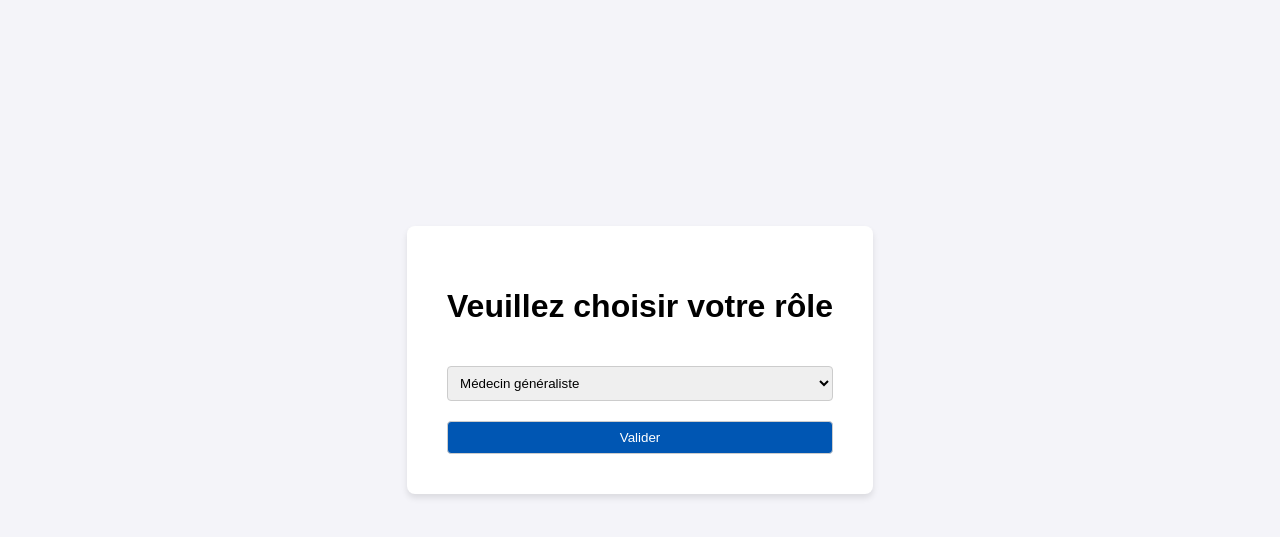
Repository: Yghlis/Wouf
Page: src/role/tableau.html
An editor plug-in stored every save of this project. The page is shown before and after a run of saves, followed by the edit.
The browser window is 1280 px wide. The pictures show the whole page.

Above is the page before, as saved 2024-04-25 15:13:50.

After the next 2 saves:
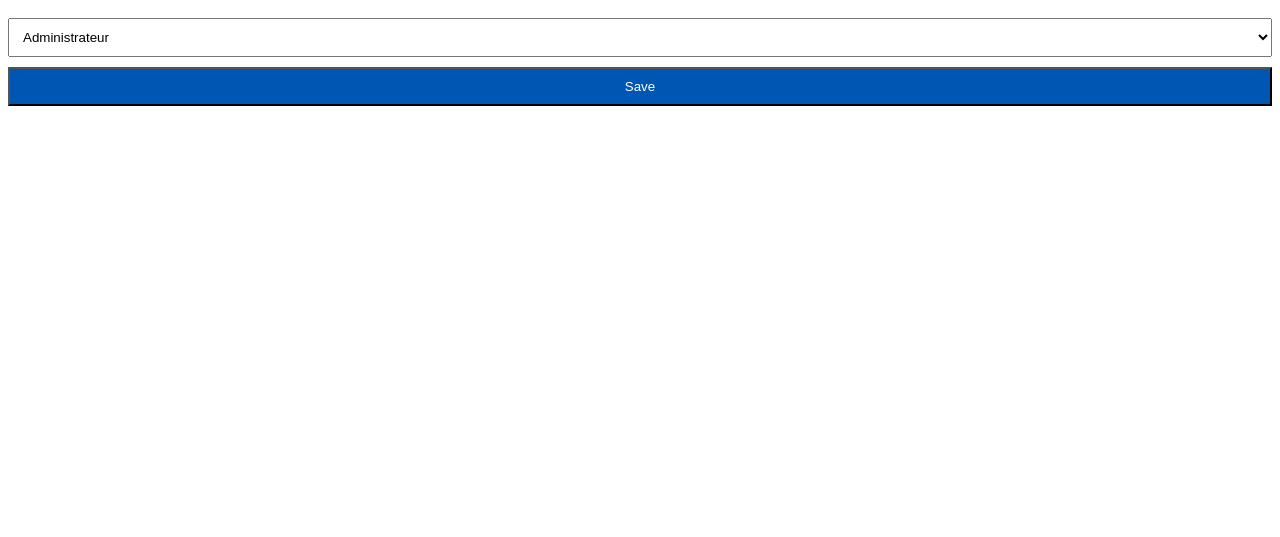
The 2 saves are shown as one change because they came seconds apart.
The last was saved 7 s later.
--- a/src/role/tableau.html
+++ b/src/role/tableau.html
@@ -1,30 +1,14 @@
 <!DOCTYPE html>
-<html lang="fr">
+<html lang="en">
 <head>
-    <meta charset="UTF-8">
-    <title>Veuillez choisir votre rôle</title>
     <style>
         body {
-            font-family: Arial, sans-serif;
-            background-color: #f4f4f9;
-            display: flex;
-            justify-content: center;
-            align-items: center;
-            height: 100vh;
-            margin: 0;
-        }
-        .container {
             background-color: white;
-            padding: 40px;
-            border-radius: 8px;
-            box-shadow: 0 4px 6px rgba(0,0,0,0.1);
         }
         select, button {
             width: 100%;
-            padding: 8px;
-            margin-top: 20px;
-            border-radius: 4px;
-            border: 1px solid #ccc;
+            padding: 10px;
+            margin-top: 10px; /* Ajout d'une marge en haut pour espacer les éléments */
         }
         button {
             background-color: #0056b3;
@@ -34,29 +18,26 @@
         button:hover {
             background-color: #004494;
         }
+        pre {
+            text-align: center;
+        }
     </style>
+    <script src="https://play.workadventu.re/iframe_api.js"></script>
 </head>
 <body>
-    <div class="container">
-        <h1>Veuillez choisir votre rôle</h1>
-        <select id="roleSelect">
-            <option value="generaliste">Médecin généraliste</option>
-            <option value="pediatre">Pédiatre</option>
-            <option value="cardiologue">Cardiologue</option>
-            <option value="dermatologue">Dermatologue</option>
-        </select>
-        <button  onclick="submitRole()">Valider</button>
+    <div id="editSection">
+        <div>
+            <!-- Le select pour choisir un rôle -->
+            <select id="roleSelect">
+                <option value="administrateur">Administrateur</option>
+                <option value="utilisateur">Utilisateur</option>
+                <!-- Ajoute d'autres options de rôle ici si nécessaire -->
+            </select>
+        </div>
+        <div>
+            <button id="saveButton">Save</button>
+        </div>
     </div>
-   <script>
-    function submitRole() {
-        var role = document.getElementById('roleSelect').value;
-        function sendToGame(data) {
-        postMessage(data);  // Remplacez "" par l'origine de votre jeu pour plus de sécurité
-}
-
-// Utilisez cette fonction pour envoyer des données
-sendToGame(role);
-    }
-</script>
+    <pre id="displayText"></pre>
 </body>
 </html>
